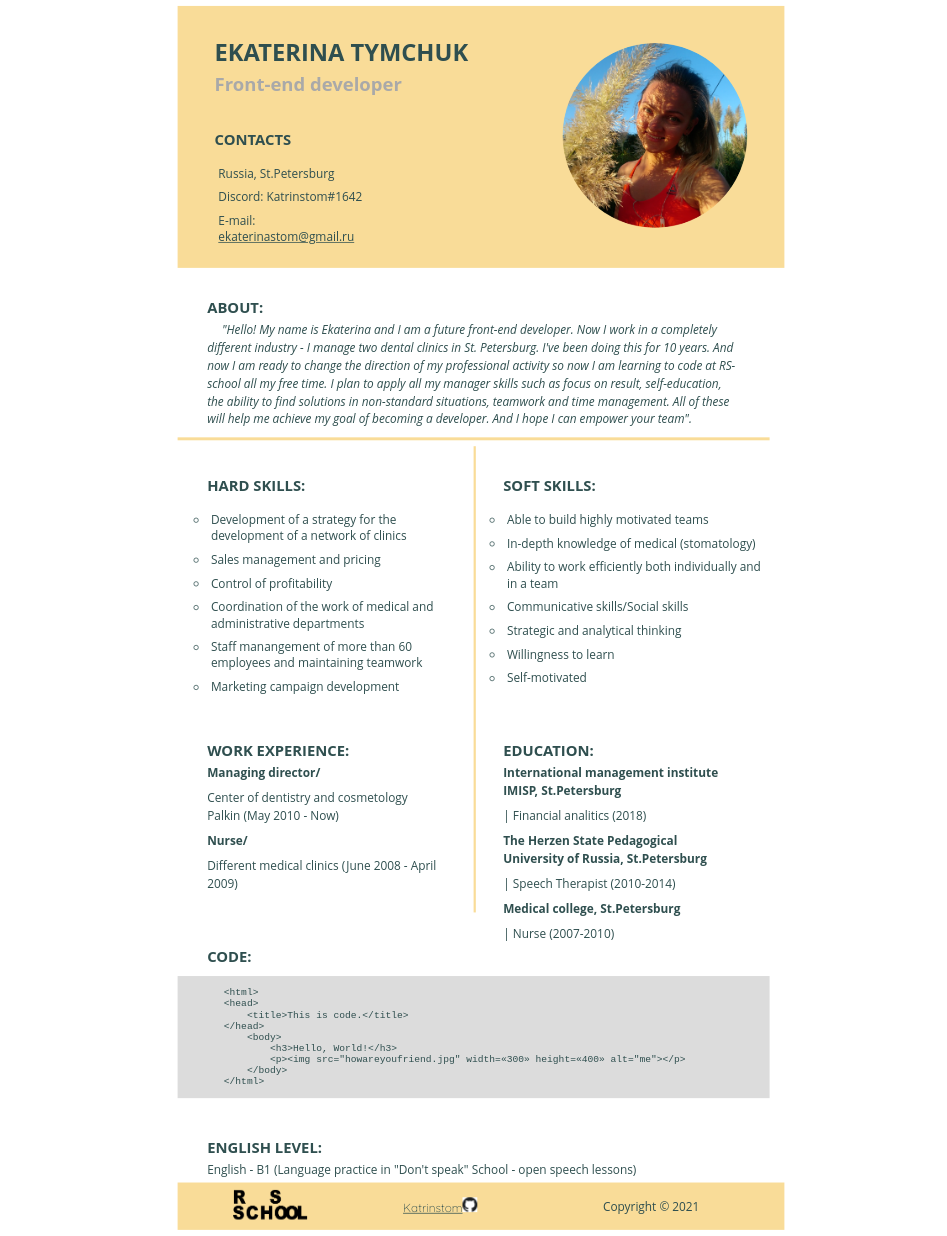
Repository: Katrinstom/rsschool-cv
Page: index.html
The author's editor kept a copy of each file at every save. The page is drawn from the files as they stood at one save, then again after the next save.
The browser window is 1280 px wide. The pictures show the whole page, at 74% of full size.

Above is the page before, as saved 2022-01-02 18:11:50.

After the next save:
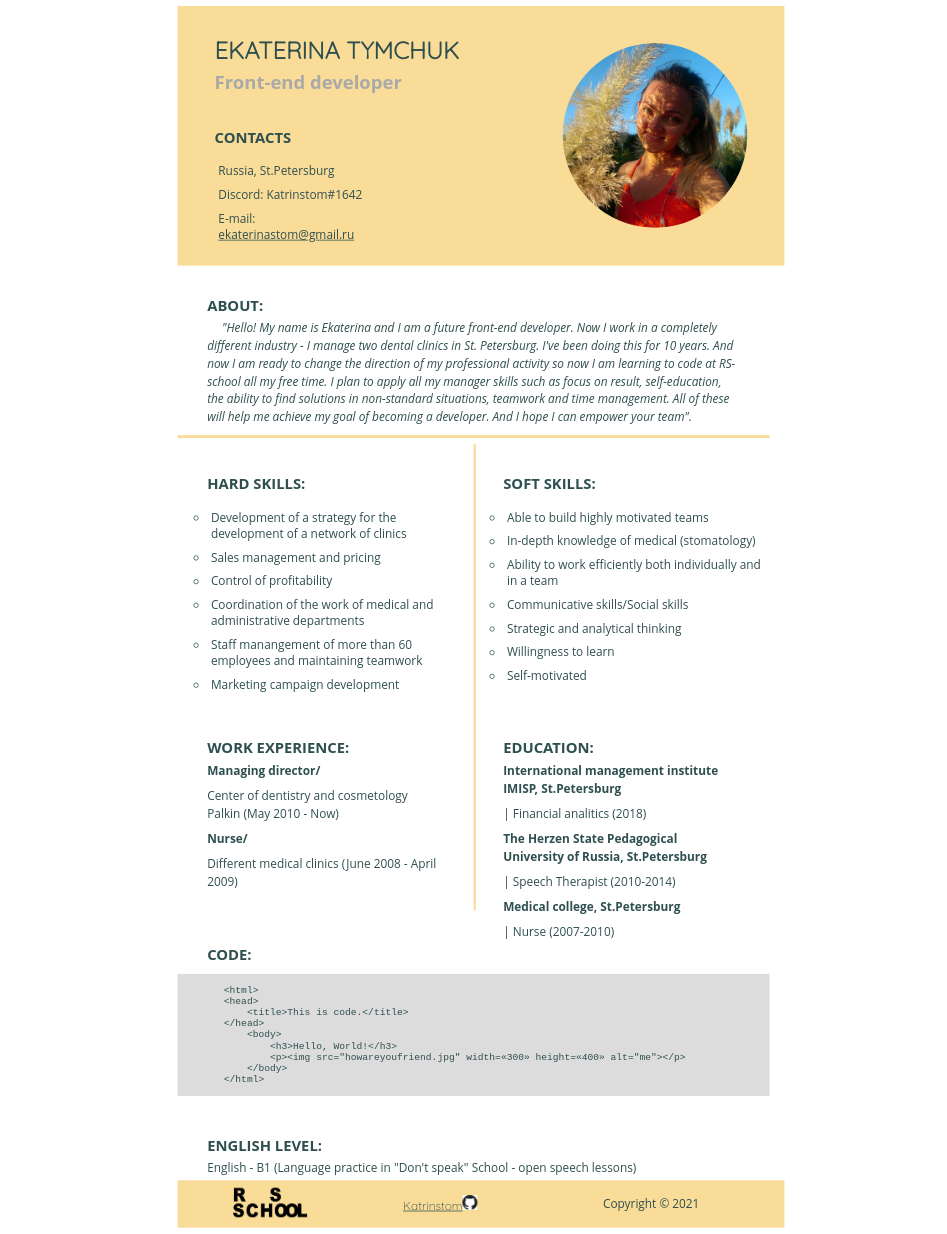
Saved 2 min 0 s later.
--- a/style.css
+++ b/style.css
@@ -16,7 +16,7 @@ body {
 h1 {
   padding: 30px 40px 5px;
   text-align: left;
-  font-family:'Open Sans', sans-serif;
+  font-family:'Quicksand', sans-serif;
   font-size: 32px;
   text-transform: uppercase;
   color:darkslategray;
